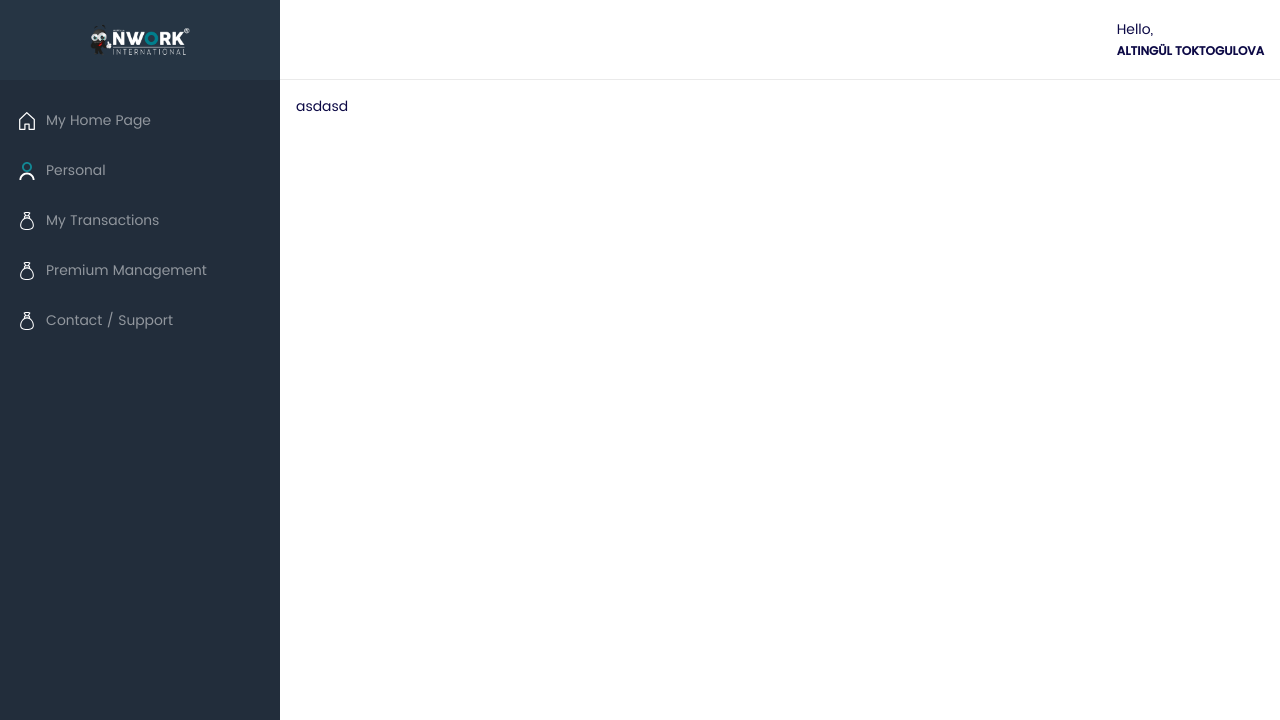
Repository: KayahanKahriman/nwork-admin
Page: index.html
An editor plug-in stored every save of this project. The page is shown before and after the next save, followed by the edit.
The browser window is 1280 px wide. The pictures show the whole page.
Some web fonts or font styles are not loaded; a fallback is used. The style sheet was rebuilt from its Sass, Less or Tailwind sources for each picture, by a compiler version that may differ from the author's.

Above is the page before, as saved 2021-06-09 13:07:12.

After the next save:
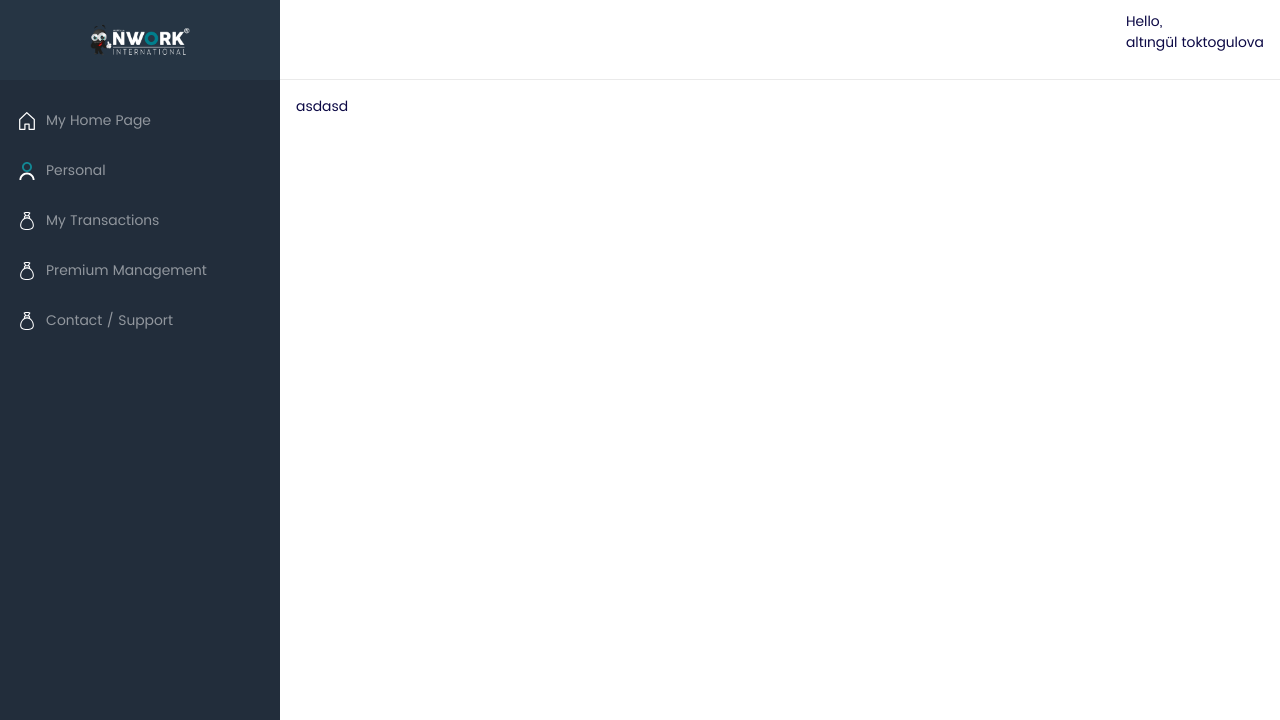
Saved 27 s later.
--- a/index.html
+++ b/index.html
@@ -20,7 +20,7 @@
         <div id="header-right" class="p-3 d-flex align-items-center justify-content-end">
             <div id="user">
                 <span>Hello,</span>
-                <strong>altıngül toktogulova</strong>
+                <p>altıngül toktogulova</p>
             </div>
         </div>
     </header>
